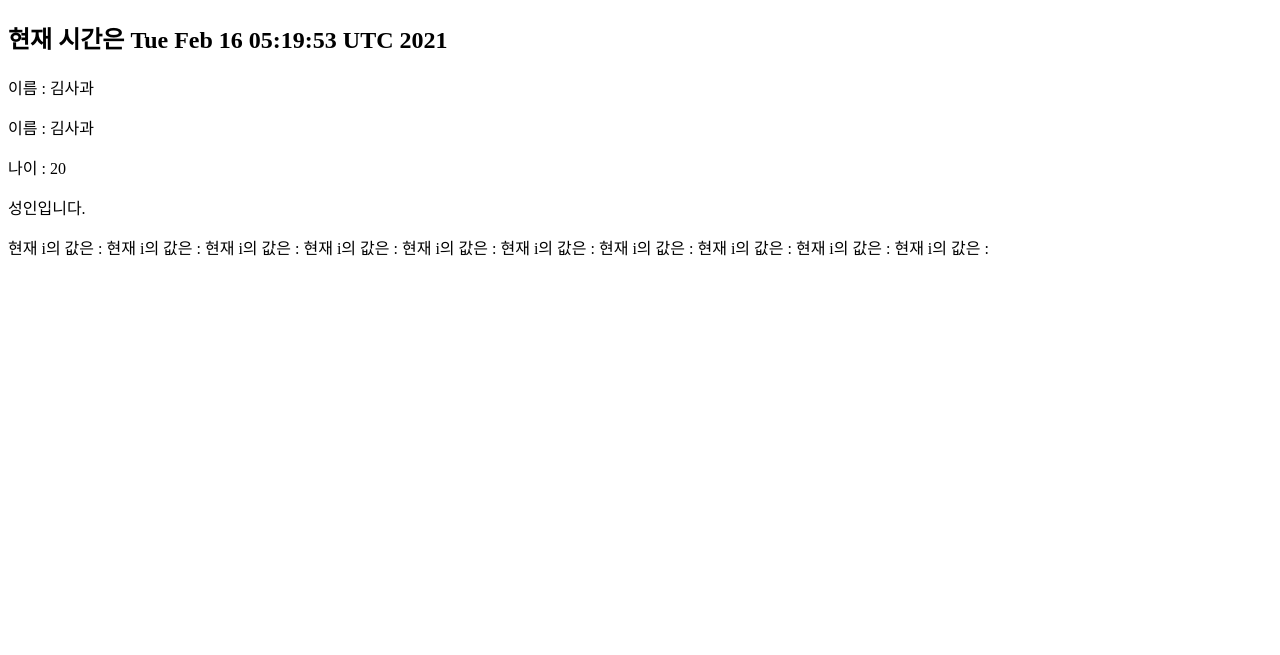
Repository: leebo-ram/Jsp
Page: http://localhost/Variable/Variable1.jsp
The author's editor kept a copy of each file at every save. The page is drawn from the files as they stood at one save, then again after the next save.
The browser window is 1280 px wide. The pictures show the whole page.
The page is served by Tomcat 9.

Above is the page before, as saved 2021-02-16 05:39:59.

After the next save:
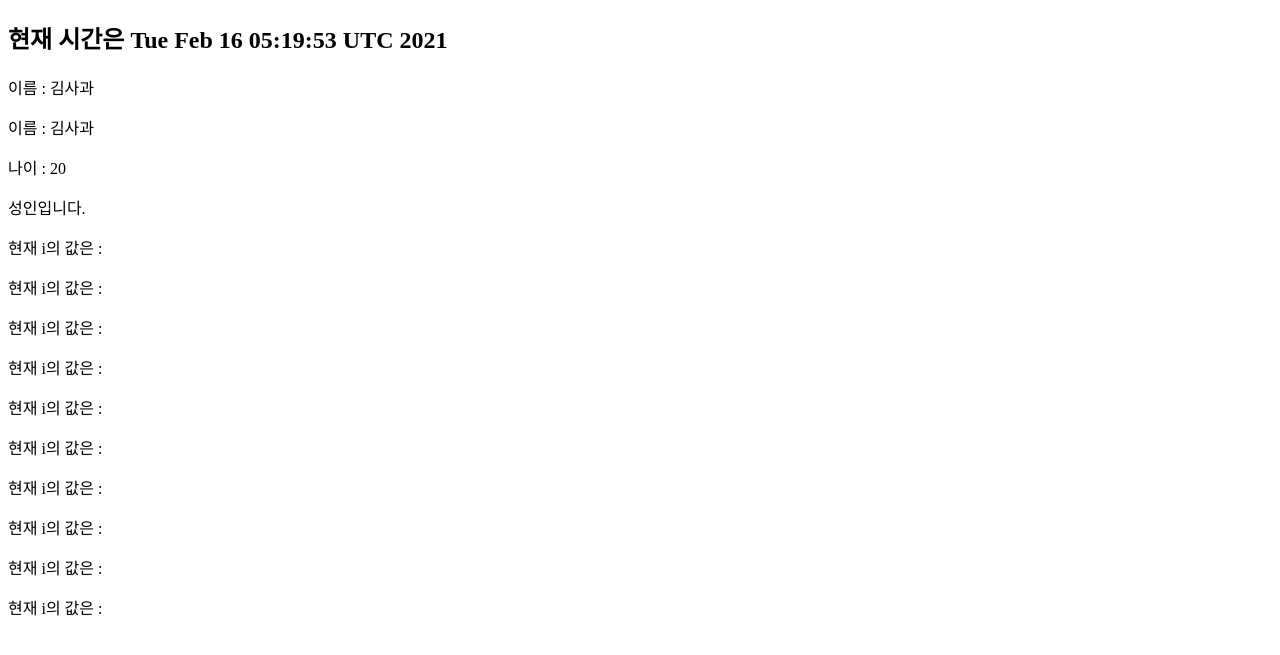
Saved 9 s later.
--- a/Day1/Variable/WebContent/Variable1.jsp
+++ b/Day1/Variable/WebContent/Variable1.jsp
@@ -28,7 +28,7 @@
 
 	for(int i=0; i<10; i++){
 %>
-		현재 i의 값은 :
+		<p>현재 i의 값은 :</p>
 <%
 	}
 %>
